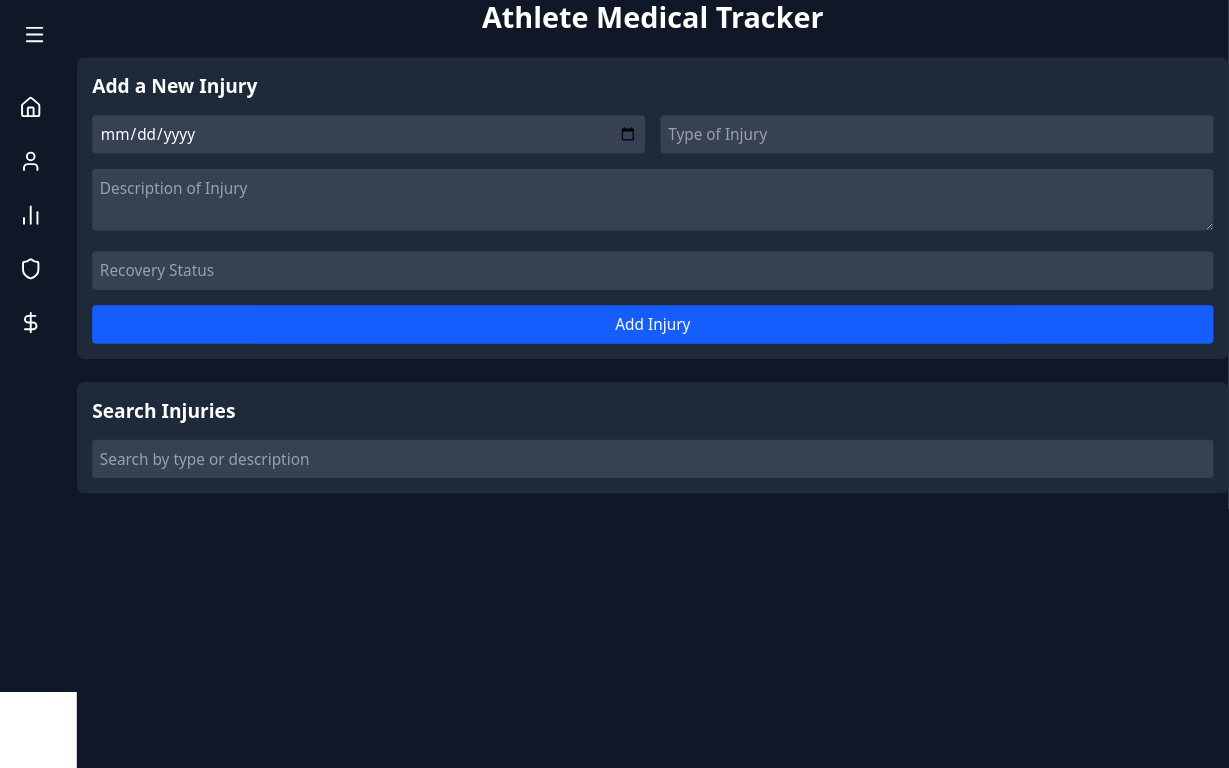
Repository: Shovon0004/Athlete
Page: /medical (app in Athlete/)
An editor plug-in stored every save of this project. The page is shown before and after the next save, followed by the edit.
The browser window is 1280 px wide. The pictures show the whole page, at 96% of full size.
The project was rebuilt for these pictures with package versions that can differ from the ones it lists, and the page was loaded fresh each time. Also part of the build but not shown: Athlete/vite.config.js, Athlete/src/components/FinanceActions.jsx, Athlete/src/components/EditableFinanceDashboard.jsx, Athlete/src/components/News.jsx, Athlete/src/components/SportsPage.jsx, Athlete/src/components/HeroPage.jsx.

Above is the page before, as saved 2025-01-28 22:14:25.

### Athlete/index.html
<!doctype html>
<html lang="en">
  <head>
    <meta charset="UTF-8" />
    <link rel="icon" type="image/svg+xml" href="/12.png" />
    <meta name="viewport" content="width=device-width, initial-scale=1.0" />
    <title>Khiladi.co</title>
  </head>
  <body>
    <div id="root"></div>
    <script type="module" src="/src/main.jsx"></script>
  </body>
</html>

### Athlete/src/App.jsx
import React from 'react';
import { BrowserRouter as Router, Route, Routes } from 'react-router-dom';
import SideNavbar from './components/SideNavbar';
import EditableFinanceDashboard from './components/EditableFinanceDashboard';
import HeroPage from './components/HeroPage';
import Medical from './components/Medical';

const App = () => {
  return (
    <Router>
      <div className="flex">
        <SideNavbar />

        <div className="ml-20 flex-grow ">
          <Routes>
            <Route path="/" element={<HeroPage />} />
            <Route path="/financial" element={<EditableFinanceDashboard />} />
            <Route path="/medical" element={<Medical />} />

            {/* Add other routes as needed */}
          </Routes>
        </div>
      </div>
    </Router>
  );
};

export default App;

### Athlete/src/components/SideNavbar.jsx
import React, { useState } from 'react';
import {
  Home,
  User,
  BarChart2,
  Shield,
  DollarSign,
  Menu
} from 'lucide-react';

const SideNavbar = () => {
  const [isExpanded, setIsExpanded] = useState(false);

  const navItems = [
    { icon: Home, label: 'Dashboard', href: '/' },
    { icon: User, label: 'Athletes', href: '/athletes' },
    { icon: BarChart2, label: 'Performance', href: '/performance' },
    { icon: Shield, label: 'Injuries', href: '/Medical' },
    { icon: DollarSign, label: 'Financial', href: '/financial' }
  ];

  return (
    <div
      className={`h-screen bg-gray-900 text-white transition-all duration-300
        ${isExpanded ? 'w-64' : 'w-20'} fixed left-0 top-0 z-50`}
    >
      <div className="flex flex-col h-full">
        {/* Logo & Toggle */}
        <div className="flex items-center justify-between p-4  border-orange-700">
          {isExpanded && (
            <div className="text-xl font-bold">Khiladi</div>
          )}
          <button
            onClick={() => setIsExpanded(!isExpanded)}
            className="hover:bg-orange-700 p-2 rounded"
          >
            <Menu />
          </button>
        </div>

        {/* Navigation Items */}
        <nav className="flex-grow mt-4">
          <ul className="space-y-2">
            {navItems.map((item, index) => (
              <li key={index}>
                <a
                  href={item.href}
                  className={`flex items-center p-3 hover:bg-orange-700
                    ${isExpanded ? 'justify-start px-6' : 'justify-center'}`}
                >
                  <item.icon className="mr-4" />
                  {isExpanded && <span>{item.label}</span>}
                </a>
              </li>
            ))}
          </ul>
        </nav>
      </div>
    </div>
  );
};

export default SideNavbar;

### Athlete/src/components/Medical.jsx
import React, { useState } from "react";
import { motion } from "framer-motion";

const Medical = () => {
  const [injuries, setInjuries] = useState([]);
  const [newInjury, setNewInjury] = useState({
    date: "",
    type: "",
    description: "",
    recoveryStatus: "",
  });
  const [searchTerm, setSearchTerm] = useState("");
  const [filteredInjuries, setFilteredInjuries] = useState([]);

  const handleInputChange = (e) => {
    const { name, value } = e.target;
    setNewInjury({ ...newInjury, [name]: value });
  };

  const addInjury = () => {
    if (newInjury.date && newInjury.type) {
      const updatedInjuries = [...injuries, { ...newInjury, id: Date.now() }];
      setInjuries(updatedInjuries);
      setFilteredInjuries(updatedInjuries);
      setNewInjury({ date: "", type: "", description: "", recoveryStatus: "" });
    }
  };

  const handleSearch = (e) => {
    const term = e.target.value;
    setSearchTerm(term);
    if (term) {
      setFilteredInjuries(
        injuries.filter(
          (injury) =>
            injury.type.toLowerCase().includes(term.toLowerCase()) ||
            injury.description.toLowerCase().includes(term.toLowerCase())
        )
      );
    } else {
      setFilteredInjuries(injuries);
    }
  };

  const deleteInjury = (id) => {
    const updatedInjuries = injuries.filter((injury) => injury.id !== id);
    setInjuries(updatedInjuries);
    setFilteredInjuries(updatedInjuries);
  };

  return (
    <div className=" max-w-full h-200  bg-gray-900 text-white">
      <motion.h1
        className="text-3xl font-bold mb-6 text-center"
        initial={{ opacity: 0, y: -50 }}
        animate={{ opacity: 1, y: 0 }}
      >
        Athlete Medical Tracker
      </motion.h1>

      <div className="mb-6 p-4 rounded-lg bg-gray-800">
        <h2 className="text-xl font-semibold mb-4">Add a New Injury</h2>
        <div className="grid grid-cols-1 gap-4 sm:grid-cols-2">
          <input
            type="date"
            name="date"
            value={newInjury.date}
            onChange={handleInputChange}
            className="p-2 rounded bg-gray-700 text-white"
            placeholder="Date of Injury"
          />
          <input
            type="text"
            name="type"
            value={newInjury.type}
            onChange={handleInputChange}
            className="p-2 rounded bg-gray-700 text-white"
            placeholder="Type of Injury"
          />
        </div>
        <textarea
          name="description"
          value={newInjury.description}
          onChange={handleInputChange}
          className="mt-4 p-2 w-full rounded bg-gray-700 text-white"
          placeholder="Description of Injury"
        ></textarea>
        <input
          type="text"
          name="recoveryStatus"
          value={newInjury.recoveryStatus}
          onChange={handleInputChange}
          className="mt-4 p-2 w-full rounded bg-gray-700 text-white"
          placeholder="Recovery Status"
        />
        <button
          onClick={addInjury}
          className="mt-4 w-full p-2 bg-blue-600 hover:bg-blue-700 rounded text-white"
        >
          Add Injury
        </button>
      </div>

      <div className="mb-6 p-4 rounded-lg bg-gray-800">
        <h2 className="text-xl font-semibold mb-4">Search Injuries</h2>
        <input
          type="text"
          value={searchTerm}
          onChange={handleSearch}
          className="p-2 w-full rounded bg-gray-700 text-white"
          placeholder="Search by type or description"
        />
      </div>

      <div className="space-y-4">
        {filteredInjuries.map((injury) => (
          <div key={injury.id} className="p-4 rounded-lg bg-gray-800">
            <h3 className="text-lg font-bold">{injury.type}</h3>
            <p className="text-sm text-gray-400">Date: {injury.date}</p>
            <p className="mt-2">{injury.description}</p>
            <p className="mt-2 text-sm font-medium text-green-400">
              Recovery Status: {injury.recoveryStatus || "Not updated"}
            </p>
            <button
              onClick={() => deleteInjury(injury.id)}
              className="mt-4 p-2 bg-red-600 hover:bg-red-700 rounded text-white"
            >
              Delete
            </button>
          </div>
        ))}
      </div>
    </div>
  );
};

export default Medical;

Loaded but not shown: Athlete/src/main.jsx (common file); Athlete/src/index.css (common file)

After the next save:
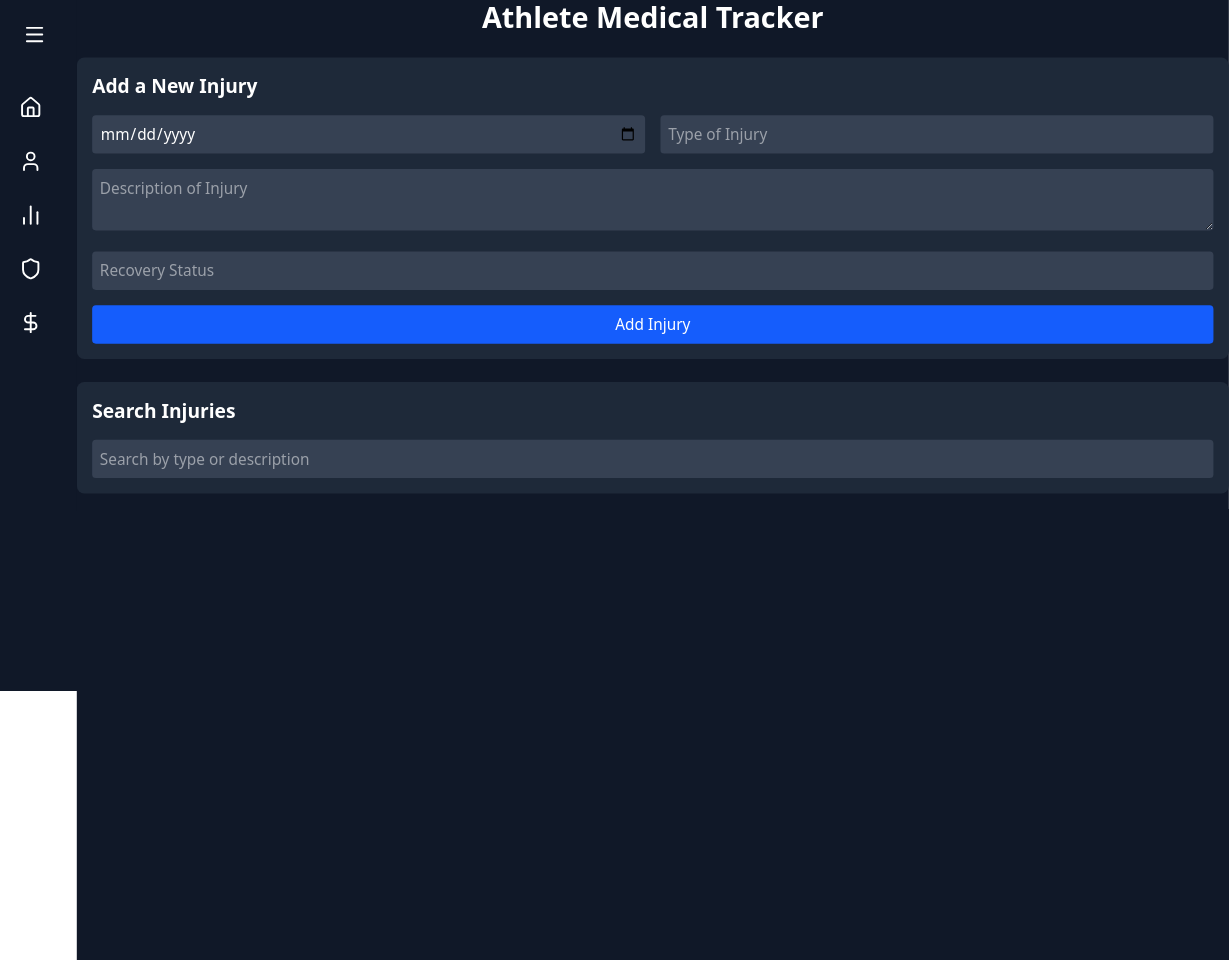
Saved 9 s later.
--- a/Athlete/src/components/Medical.jsx
+++ b/Athlete/src/components/Medical.jsx
@@ -49,7 +49,7 @@
   };
 
   return (
-    <div className=" max-w-full h-200  bg-gray-900 text-white">
+    <div className=" max-w-full h-250  bg-gray-900 text-white">
       <motion.h1
         className="text-3xl font-bold mb-6 text-center"
         initial={{ opacity: 0, y: -50 }}
